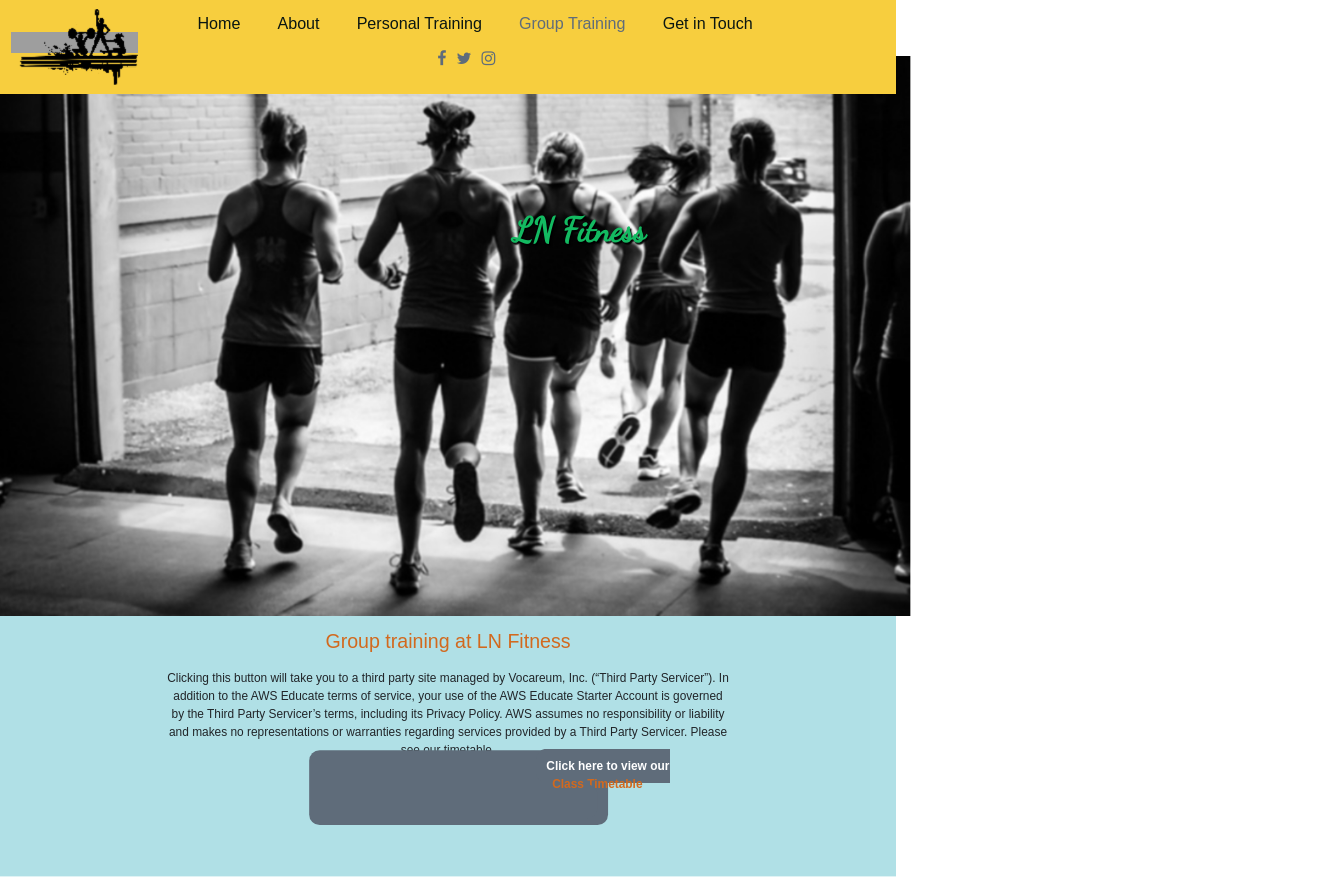
Repository: murphya14/Fitness-webpage
Page: group-training.html
The author's editor kept a record of every edit. The page is drawn from the files as they stood at one moment, then again after the next edit.
The browser window is 1280 px wide. The page is 1453 px wide, then 1890 px, so the pictures cover 1890 px, including what lies to the right of the window. The pictures show the part of the page from y = 0 to 1280 px (the page is 2710 px tall before and 2650 px after), at 70% of full size.
Pictures or frames that could not be fetched are drawn as grey boxes. Some web libraries are served in a nearby version.

Above is the page before.

### group-training.html
<!DOCTYPE html>
<html lang="en">

<head>
  <meta charset="UTF-8">
  <meta name="viewport" content="width=device-width, initial-scale=1.0">
  <meta http-equiv="X-UA-Compatible" content="ie=edge">
    <link rel="stylesheet" href="https://stackpath.bootstrapcdn.com/bootstrap/4.3.1/css/bootstrap.min.css" <link rel="stylesheet" href="https://stackpath.bootstrapcdn.com/font-awesome/4.7.0/css/font-awesome.min.css" type="text/css" />
 <script src="https://code.jquery.com/jquery-3.2.1.slim.min.js" integrity="sha384-KJ3o2DKtIkvYIK3UENzmM7KCkRr/rE9/Qpg6aAZGJwFDMVNA/GpGFF93hXpG5KkN" crossorigin="anonymous"></script>
  <link rel="stylesheet" href="assets/css/style.css" />
  <link rel="shortcut icon" type="image/x-icon" href="assets/favicon.ico">
  <link rel="stylesheet" href="https://cdnjs.cloudflare.com/ajax/libs/font-awesome/4.7.0/css/font-awesome.min.css">
  <link rel="stylesheet" type="text/css" href="//fonts.googleapis.com/css?family=Dancing+Script" />
  <title>Home</title>
</head>

<body>



  <header>
    <!-- Logo and Nav bar-->
    <!-- Used help from Stack overflow: https://stackoverflow.com/questions/23949804/how-to-change-link-color-bootstrap-->


    <nav class=" container-fliud navbar navbar-expand-lg navbar-custom  fixed-top navbar-light topnav">
      <div><a class="logo " href="index.html">
          <img src="assets/images/logo.png" alt="logo">
        </a></div>


      <div>
        <div>
          <ul class="nav justify-content-center container-fluid">

            <li class="nav-item">
              <a class="nav-link" href="index.html">Home</a>
            </li>
            <li class="nav-item ">
              <a class="nav-link" href="about.html">About</a>
            </li>
            <li class="nav-item  ">
              <a class="nav-link" href="personal-training.html">Personal Training</a>
              <li class="nav-item ">
                <a class="nav-link" id="active" href="group-training.html">Group Training</a>
              </li>
             <li class="nav-item ">
                <a class="nav-link" href="get-in-touch.html">Get in Touch</a>
              </li>
          </ul>

        </div>
        <!-- Select menu for Nav bar for smaller devices-->

        <select id="select">
    <option value="index.html" >Home</div>
    <option value="about.html" >About</option>
    <option value="personal-training.html">Personal Training</option>
    <option value="group-training" selected="selected">Group Training</option>
    <option value="get-in-touch">Get in Touch</option>
  </select>

        <!-- Social links-->

        <div class="row no-gutters">
          <div class="col">

            <div class="nav-link">

              <ul class="list-inline social-links">
                <li class="list-inline-item">
                  <a target="_blank" href="#">
                            <i class="fa fa-facebook" aria-hidden="true"></i>
                            <span class="sr-only">Facebook</span>
                        </a>
                </li>
                <li class="list-inline-item">
                  <a target="_blank" href="#">
                            <i class="fa fa-twitter" aria-hidden="true"></i>
                            <span class="sr-only">Twitter</span>
                        </a>
                </li>


                <li class="list-inline-item">
                  <a target="_blank" href="#">
                            <i class="fa fa-instagram" aria-hidden="true"></i>
                            <span class="sr-only">Instagram</span>
                        </a>
                </li>

              </ul>
            </div>
          </div>
        </div>

    </nav>


  </header>

  <!-- Container for main image -->

  <div class="container-fluid">
    <section class="section">



      <div class="row main-image">

        <div class="col-md-12 col-sm-3 image-about">
          <img src="assets/images/group.jpg" alt="Group Fitness">

          <h2 class="image-text">LN Fitness</h2>
        </div>
      </div>
  </div>
</div>
  <!-- Content for section -->

  <div class="container-fluid section">
    <div class="row">
      <div class="col-md-12 col-sm-12">
        <h3 class="section-heading">Group training at LN Fitness</h3>
        <p class="col-md-8 section-p-about">Clicking this button will take you to a third party site managed by Vocareum, Inc. (“Third Party Servicer”). In addition to the AWS Educate terms of service, your use of the AWS Educate Starter Account is governed by the Third Party Servicer’s
          terms, including its Privacy Policy. AWS assumes no responsibility or liability and makes no representations or warranties regarding services provided by a Third Party Servicer.</a>
          Please see our timetable.</p>
          </div>
          </div>
          <div class="row" >

          <div class="col-md-4 free-link"><a id="click-here-active" href="assets/timetable.pdf" target="_blank" class="free-link section-link timetable-link">Click here to view our <p class="highlight">

          Class Timetable</p> </a></div>
      </div>
      </div>


<div class="row">
  <div class="col-md-12">
      <iframe src="https://player.vimeo.com/video/229291915" width="640" height="360" frameborder="0" allow="autoplay; fullscreen" allowfullscreen></iframe>
       </div>
</div>
    </div>

    <div class="row">


      <div class="transbox col-md-3 col-sm-12">
        <h3 class="box-heading"> Outdoor Circuits</h3>
        <div class="container">
          <p class="col-md-12 col-sm-12">You can use the following services in your Starter Account: apigateway, athena, cloud9, cloudformation, cloudfront, cloudtrail, cloudwatch, codecommit, codedeploy, codepipeline, cognito-identity, cognito-idp, cognito-sync, comprehend, deeplens,
            dynamodb, ec2, ecs, elasticache, elasticfilesystem, elasticloadbalancing, elasticmapreduce, events, execute-api, glue, iam, inspector, iot, kinesis, kinesisanalytics, firehose, kms, lambda, lex, logs, machinelearning, mobilehub, opsworks,
            polly, rds, rekognition, route53 (other than domain name purchasing), s3, sns, sqs, swf, sagemaker, translate, transcribe</p>
        </div>
      </div>





      <div class="transbox col-md-3 col-sm-12">
        <h3 class="box-heading"> Pilates</h3>
        <p>You can use the following services in your Starter Account: apigateway, athena, cloud9, cloudformation, cloudfront, cloudtrail, cloudwatch, codecommit, codedeploy, codepipeline, cognito-identity, cognito-idp, cognito-sync, comprehend, deeplens,
          dynamodb, ec2, ecs, elasticache, elasticfilesystem, elasticloadbalancing, elasticmapreduce, events, execute-api, glue, iam, inspector, iot, kinesis, kinesisanalytics, firehose, kms, lambda, lex, logs, machinelearning, mobilehub, opsworks, polly,
          rds, rekognition, route53 (other than domain name purchasing), s3, sns, sqs, swf, sagemaker, translate, transcribe</p>
      </div>

      <div class="transbox col-md-3 col-sm-12">
        <h3 class="box-heading"> Spinning</h3>
        <p>You can use the following services in your Starter Account: apigateway, athena, cloud9, cloudformation, cloudfront, cloudtrail, cloudwatch, codecommit, codedeploy, codepipeline, cognito-identity, cognito-idp, cognito-sync, comprehend, deeplens,
          dynamodb, ec2, ecs, elasticache, elasticfilesystem, elasticloadbalancing, elasticmapreduce, events, execute-api, glue, iam, inspector, iot, kinesis, kinesisanalytics, firehose, kms, lambda, lex, logs, machinelearning, mobilehub, opsworks, polly,
          rds, rekognition, route53 (other than domain name purchasing), s3, sns, sqs, swf, sagemaker, translate, transcribe</p>
      </div>


    </div>
   <div class="row">
    <div class="col-md-4 free-link"><a class="section-link" id="click-here-active" href="get-in-touch.html">Click here to find out more and <p class="highlight">Get in Touch</p></a></div>

</div>
  </div>




  </div>
  </div>
  </section>
  </div>




  <!-- footer-->

  <footer id="footer" class="container-fluid py-4 bg-dark text-white-50">
    <div class="row">

      <div class="col-sm-4 text-footer">
        <small>2019 Copyright &copy; AM</small></div>

      <div class="col-sm-4 "><a id="button"></a></div>


      <div class="col-sm-4">

        <!-- footer social media links-->
        <div class="footer-link">
          <h5 class="uppercase general-sub">Connect</h5>
          <ul class="list-inline social-links">
            <li class="list-inline-item">
              <a target="_blank" href="#">
                            <i class="fa fa-facebook" aria-hidden="true"></i>
                            <span class="sr-only">Facebook</span>
                        </a>
            </li>
            <li class="list-inline-item">
              <a target="_blank" href="#">
                            <i class="fa fa-twitter" aria-hidden="true"></i>
                            <span class="sr-only">Twitter</span>
                        </a>
            </li>


            <li class="list-inline-item">
              <a target="_blank" href="#">
                            <i class="fa fa-instagram" aria-hidden="true"></i>
                            <span class="sr-only">Instagram</span>
                        </a>
            </li>

          </ul>
        </div>

      </div>

  </footer>


  <!--------------Back to top button created with help from https://www.templatemonster.com/blog/back-to-top-button-css-jquery/--->
  <script src="https://code.jquery.com/jquery-3.4.1.slim.min.js"></script>
  <script src="https://cdnjs.cloudflare.com/ajax/libs/popper.js/1.15.0/umd/popper.min.js"></script>
  <script src="https://stackpath.bootstrapcdn.com/bootstrap/4.3.1/js/bootstrap.min.js"></script>


  <script>
    jQuery(document).ready(function() {

      var btn = $('#button');

      $(window).scroll(function() {
        if ($(window).scrollTop() > 300) {
          btn.addClass('show');
        }
        else {
          btn.removeClass('show');
        }
      });

      btn.on('click', function(e) {
        e.preventDefault();
        $('html, body').animate({ scrollTop: 0 }, '300');
      });

    });
  </script>




</body>

</html>

### assets/css/style.css
/*----------------------------------------------- Colours*/

.nav-link {
    color: #00ccff;
}

#active {
    color: #5F6C7A;
}

.navbar {
    background:#f7ce3e ;

}


li a:hover {
    color: #f7ce3e;
}

/*--------------------------------------------- General*/

body {font-size: 17px;
    font-family: "arial", sans-serif;
    margin: 0; padding: 0; overflow-x:hidden;
}

.center {
  display: block;
  margin-left: auto;
  margin-right: auto;
  width: 50%;
}


.inline-block {
    display: inline-block;
}







.highlight {color:#D2691E;
    padding:0;
    margin:0;
}








/*--------------------------------------------- Nav bar*/

nav ul {

    display: block;
    font-size: 23px;
    font-weight: 700;




}

    .nav-item {
        margin-left: 40px;
    }

.logo {
    position: static;
    background: url("../images/rosie.jpg");
    background-position: center;
    background-repeat: no-repeat;
    margin-right:40px;
    padding-top: 10px;
    padding-left: 10px;
    min-height: 100px;
    transition: all .5s ease-in-out;
    -moz-transition: all .5s ease-in-out;
    -webkit-transition: all .5s ease-in-out;
    height: 10%;
    width: 25%;
}

.header {
    position: fixed;
    top: 0;
    left: 0;
    right: 0;
    background-color: #e84610;
    padding: 15px 25px;

}

nav select {
    display: none;
    background-color: #77C9D4;
    color: white;
    border: 1px solid #778899;
   position: relative;
   cursor: pointer;
   top: 100%;
  left: 0;
  right: 0;
  z-index: 99;

}

#select {color: #f7ce3e;
    background-color: #5F6C7A;
}


.nav-link
{color: #0A1612;
text-align: center;
padding: 8px;
    margin-right: 0;
    display: block;

    font-size:33;
    font-weight: 500;
    padding-left: 5px;
      transition: all 0.35s ease-in-out;
    -moz-transition: all 0.35s ease-in-out;
    -webkit-transition: all 0.35s ease-in-out;
    -o-transition: all 0.35s ease-in-out;
    max-width:100%;

}
/*-------------------------Social links*/
nav a {color:#5F6C7A;}

nav a:hover {
    color: white;
}

/*-------------------------------------------Section*/

/*-------------------------Section Image*/

.main-image {max-width:100%;
    height:100%;
    padding-left:0;
    padding-right:0;
    position: relative;
    transform: translate(-5%, +10%);
    margin: 0;

 }

.image-text {
   position: absolute;
   top: 250px;
   left: 70%;
   width: 100%;
   color:#13BA61;
   font-family: "Dancing Script";
   font-size: 48px;
   font-variant: normal;
   font-weight: 700;
   line-height: 26.4px;
   text-shadow: 2px 2px 2px #000;
    transform: translate(-50%, -50%);
 }


/*------------------Index.html*/
 .section {background-color:#B0E0E6;
  text-align: center;


     max-width:100%;
 }

.section-heading {color: #D2691E;
            text-align: center;
            margin-top:100px;
}

.section-p {padding:12px;
margin:10px;
    padding-bottom: 50px;
;


}

.section-p-about {padding:15px;
    text-align: center;
     width:75%;
}



.free-link {text-align: center;
    font-weight: 700;
    background-color: #5F6C7A;
    font:white;
    padding:15px;
    margin:15px;
    border-radius:15px;

  bottom: 5px;
  right: 30px;
  transition: background-color .3s;
  z-index: 1000;
  position: relative;
   left: 50%;

     transform: translate(-50%,-50%);


}

.section-link {color:white;
 width:120px;


}


.section a:hover {color:#f7ce3e;
text-decoration:none;

}

/*------------------About.html*/


/* With help from https://www.w3schools.com/css/tryit.asp?filename=trycss_transparency*/

div.transbox {
  margin: 50px;

  background-color: #5F6C7A;
  border: none;
  opacity: 0.6;
  filter: alpha(opacity=60);
  padding: 10px;
}

div.transbox p {
  margin: 5%;
  font-weight: bold;
  color: #000000;
}

.box-heading {font-weight:700;
color:white;}


/*------------------personal-training.html*/

.col-md-10 {transform: translate(+5%,0);}

.transbox-testimony {height:400px;
    transform: translate(+8%,0);
}

.testimony {transform: translate(+12%, +12%);}

/*------------------group-trainig.html*/

iframe {transform: translate(+50%, 0%);}

.timetable-link {
transform: translate(-50%,+40%);
    width: 25%;
}

/*------------------get-in-touch.html*/


  .row {
  display: flex;
}

.column {
  flex: 50%;
}

.main-image-contact {transform: translate(-5%,0%);}

.box-heading {padding-top:20px;}

.btn {

  color: black;
  font-weight:700;
  padding: 15px 20px;
  border: none;
  cursor: pointer;
  background-color:#f7ce3e;
 width:50%;
}

.btn:hover {
  opacity: 1;
  background-color:#B0E0E6 ;
}

.center-form {opacity:1;
   }




/*--------------------------------------------- footer*/

#button {
  text-align: center;
  display: inline-block;
  background-color: #f7ce3e;
  width: 50px;

  border-radius: 4px;
  bottom: 10px;
  right: 30px;
  transition: background-color .3s;
  z-index: 1000;
  position: relative;
   left: 50%;

     transform: translate(-50%,-50%);


}


#button:hover {
  cursor: pointer;
  background-color: #333;
}
#button:active {
  background-color: #555;
}

#button::after {
  content: "\f077";
  font-family: FontAwesome;
  font-weight: normal;
  font-style: normal;
  font-size: 2em;
  line-height: 50px;
  color: #fff;
}

.footer-link
{color: white;
text-align: right;

    float: none;
    padding-bottom: 10px;
    padding-right: 30px;
    padding-top:10px;
    font-size:33;
    font-weight: 500;
    padding-left: 5px;
      transition: all 0.35s ease-in-out;
    -moz-transition: all 0.35s ease-in-out;
    -webkit-transition: all 0.35s ease-in-out;
    -o-transition: all 0.35s ease-in-out;

}

footer a {color:white;}

 footer  a:hover {
    color: #f7ce3e;
}

.text-footer {float: left;
padding-bottom: 5px;
text-align: left;

}

#footer { min-height: 120px;

    margin: 0;
    padding: 15px;
    max-width:100%;}



/*------------- Responsive design*/

/* Extra small devices (phones, 600px and down) */


@media only screen and (max-width: 600px) {

/*------------------------------------- Changing the menu to a select bar for smaller screens*/
  .topnav {display: none;
    }
    nav select {
        display: inline-block;
        width: 55%;
        height: 25%;
          border-radius: 4px;
        position: left;
    }
    .nav-item {
        display: none;
    }
    .logo {
        position: right;
        height: 80%;
    }
     .column {
    width: 100%;
  }
}






/* Small devices (portrait tablets and large phones, 600px and up) */

@media only screen and (min-width: 600px) {}

/* Medium devices (landscape tablets, 768px and up) */

@media only screen and (min-width: 768px) {
.section-p-about {  transform: translate(25%, 0);}
}

/* Large devices (laptops/desktops, 992px and up) */

@media only screen and (min-width: 992px) {
    ...
}

/* Extra large devices (large laptops and desktops, 1200px and up) */

@media only screen and (min-width: 1200px)
}

After the next edit:
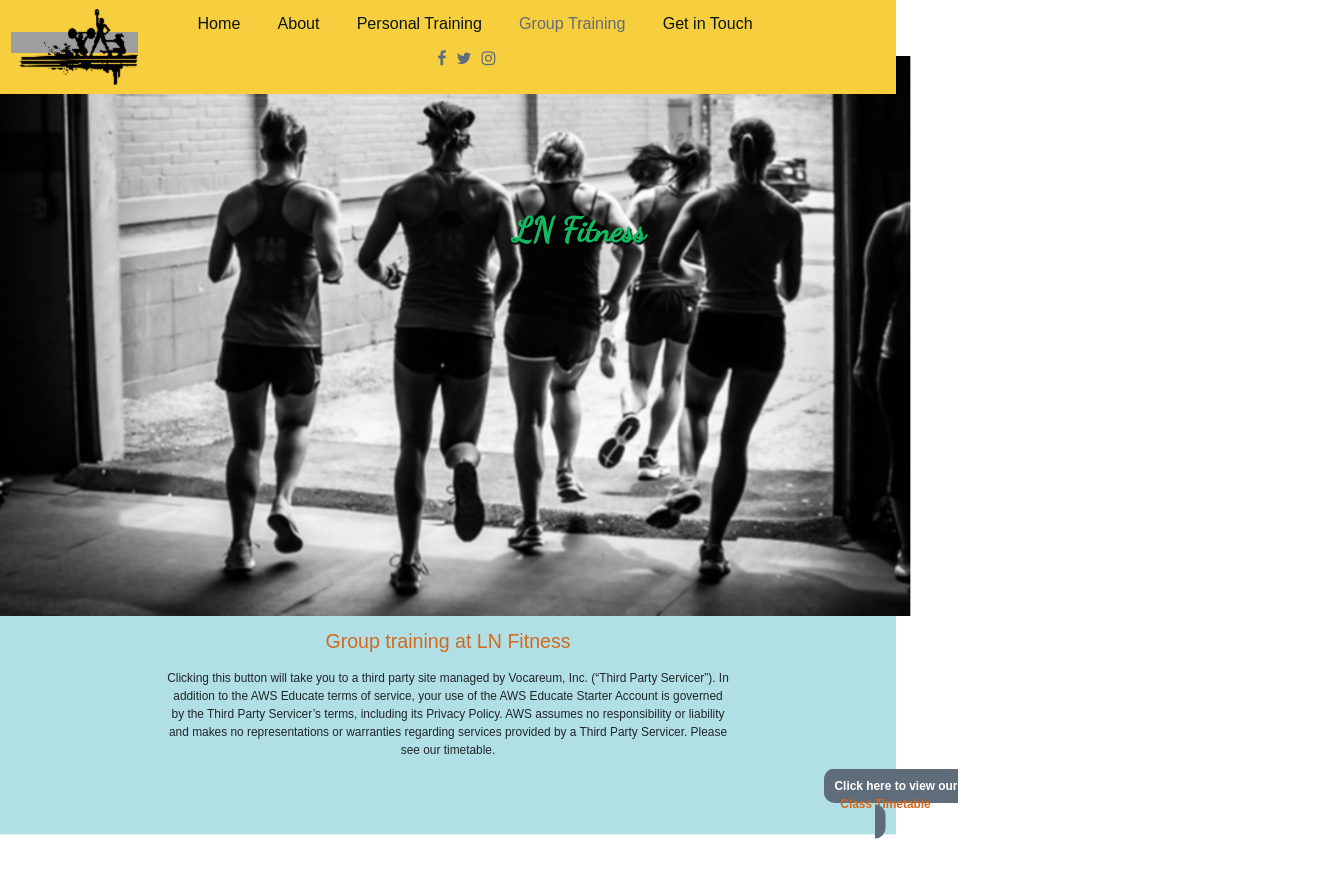
The edit:
--- a/group-training.html
+++ b/group-training.html
@@ -129,7 +129,7 @@
           </div>
           <div class="row" >
 
-          <div class="col-md-4 free-link"><a id="click-here-active" href="assets/timetable.pdf" target="_blank" class="free-link section-link timetable-link">Click here to view our <p class="highlight">
+          <div class="col center"><a id="click-here-active" href="assets/timetable.pdf" target="_blank" class="free-link section-link timetable-link">Click here to view our <p class="highlight">
 
           Class Timetable</p> </a></div>
       </div>
